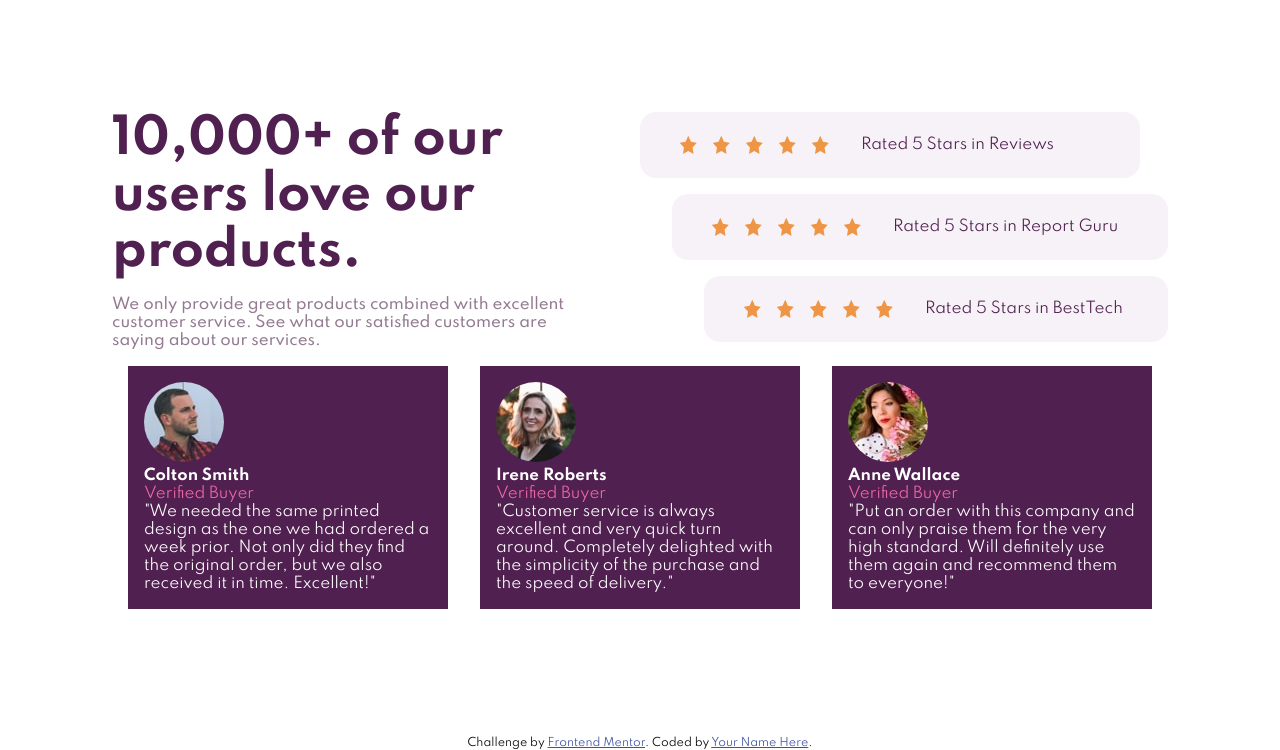
Repository: Pedrohamoura-Git/Frontend-Mentor-Challenges
Page: Newbie/social-proof-section-master/index.html
These files come from the project's save history. The page is drawn as it stood at one moment and after the next save; the edit follows.
The browser window is 1280 px wide. The pictures show the whole page.

Above is the page before, as saved 2021-05-30 12:31:04.

### Newbie/social-proof-section-master/index.html
<!DOCTYPE html>
<html lang="en">
  <head>
    <meta charset="UTF-8" />
    <meta name="viewport" content="width=device-width, initial-scale=1.0" />
    <!-- displays site properly based on user's device -->

    <link
      rel="icon"
      type="image/png"
      sizes="32x32"
      href="./images/favicon-32x32.png"
    />

    <link rel="stylesheet" href="css/style.css">

    <title>Frontend Mentor | Social proof section</title>

    <!-- Feel free to remove these styles or customise in your own stylesheet 👍 -->
    <style>
      .attribution {
        font-size: 11px;
        text-align: center;
      }
      .attribution a {
        color: hsl(228, 45%, 44%);
      }
    </style>
  </head>

  <body>
    <div id="wrapper">
      <!-- Start header -->
      <header>
        <div id="title">
          <h1>10,000+ of our users love our products.</h1>

          <p>We only provide great products combined with excellent customer service. See what our satisfied customers are saying about our services.</p>
        </div>

        <!-- Start ratings -->
        <aside id="ratings">

          <!-- Start section-a -->
          <div id="section-a">
            <img src="images/icon-star.svg" alt="Rating-a">
            <img src="images/icon-star.svg" alt="Rating-a">
            <img src="images/icon-star.svg" alt="Rating-a">
            <img src="images/icon-star.svg" alt="Rating-a">
            <img src="images/icon-star.svg" alt="Rating-a">
            <p>Rated 5 Stars in Reviews</p>
          </div>
          <!-- /End section-a  -->

          <!-- Start section-b  -->
          <div id="section-b">
            <img src="images/icon-star.svg" alt="Rating-b">
            <img src="images/icon-star.svg" alt="Rating-b">
            <img src="images/icon-star.svg" alt="Rating-b">
            <img src="images/icon-star.svg" alt="Rating-b">
            <img src="images/icon-star.svg" alt="Rating-b">
            <p>Rated 5 Stars in Report Guru</p>
          </div>
          <!-- /End section-b  -->

          <!-- Start section-c  -->
            <div id="section-c">
              <img src="images/icon-star.svg" alt="Rating-c">
              <img src="images/icon-star.svg" alt="Rating-c">
              <img src="images/icon-star.svg" alt="Rating-c">
              <img src="images/icon-star.svg" alt="Rating-c">
              <img src="images/icon-star.svg" alt="Rating-c">
              <p>Rated 5 Stars in BestTech</p>
            </div>
          <!-- /End section-c  -->
          </aside>

      </header>
      <!-- End header -->

      <!-- Start reviews  -->
      <div id="reviews">

        <!-- Start section-d  -->
        <div id="section-d">
          <img src="images/image-colton.jpg" alt="Colton's picture">
          <h4 class="name">Colton Smith</h4>
          <p class="verified">Verified Buyer</h4>
          <p>
            "We needed the same printed design as the one we had ordered a week prior.
            Not only did they find the original order, but we also received it in time.
            Excellent!"
          </p>
        </div>
        <!-- /End section-d -->

        <!-- Start section-e  -->
        <div id="section-e">
          <img src="images/image-irene.jpg" alt="Irene's picture">
          <h4 class="name">Irene Roberts </h4>
          <p class="verified">Verified Buyer</h4>
          <p>
            "Customer service is always excellent and very quick turn around. Completely
            delighted with the simplicity of the purchase and the speed of delivery."
          </p>
        </div>
        <!-- /End section-e -->

        <!-- Start section-f -->
        <div id="section-f">
          <img src="images/image-anne.jpg" alt="Anne's picture">
          <h4 class="name">Anne Wallace</h4>
          <p class="verified">Verified Buyer</h4>
          <p class="commentary">
            "Put an order with this company and can only praise them for the very high
            standard. Will definitely use them again and recommend them to everyone!"
          </p>
        </div>
      </div>
      <!-- /End section-f  -->

    </div>
    <!-- End Reviews  -->

    <div class="attribution">
      Challenge by
      <a href="https://www.frontendmentor.io?ref=challenge" target="_blank"
        >Frontend Mentor</a
      >. Coded by <a href="#">Your Name Here</a>.
    </div>
  </body>
</html>

### Newbie/social-proof-section-master/css/style.css
/*
** Core Formatting
*/
    @import url('https://fonts.googleapis.com/css2?family=Spartan:wght@400;500;700&display=swap');

    * {
        box-sizing: border-box;
        margin: 0;
        padding: 0;
    }

    body {
        font-family: Spartan;
        font-size: 15px;

        /* font-weight:  700; */
    }


/*
** Common Formatting
*/

    #wrapper {
        padding: 7rem;

    }

    header h1 {
        color: hsl(300, 43%, 22%);
    }

    header p {
        color: hsl(303, 10%, 53%);
    }


    #ratings #section-a, #section-b, #section-c {
        background-color: hsl(300, 24%, 96%);
        /* text-align: center; */
    }

    #ratings p {
        color: hsl(300, 43%, 22%);
    }


    #reviews #section-d, #section-e, #section-f {
        background-color: hsl(300, 43%, 22%);
        color: white;
    }

    #reviews img {
        border-radius: 5rem;
    }

    #reviews p.verified {
        color:hsl(333, 80%, 67%);
    }


    /*
    ** Header - Title
    */
        header {
            display: grid;
            grid-template-columns: repeat(2, 1fr);

            /* background-color: green; */
        }

        header #title {
            max-width: 480px;

            /* border: 1px solid green; */
        }

        header #title h1 {
            font-size: 3rem;
            margin-bottom: 1rem;
        }

        header #title p {
            font-weight: 500;
        }

        /*
        ** Header - Ratings
        */
            #ratings {
                /* border: 1px solid red; */
            }

            #section-a, #section-b, #section-c {
                border-radius: 1rem;
                max-width: 500px;
                padding: 1.5rem;

                /* background-color: red; */
            }

            #section-a, #section-b, #section-c  {
                display: flex;
                flex-wrap: wrap;

            }

            #section-a img, #section-b img, #section-c img {
                margin-left: 1rem;
            }

            #section-a p, #section-b p, #section-c p {
                margin-left: 2rem;
                margin-bottom: 0rem;
            }

            /*
            ** Header - Ratings - Section-b
            */
                #section-b {
                    margin-left: 2rem;
                    margin-top: 1rem;
                }


            /*
            ** Header - Ratings - Section-c
            */
                #section-c {
                    margin-left: 4rem;
                    margin-top: 1rem;
                }

    /*
    ** Reviews
    */
        #reviews {
            display: grid;
            grid-template-columns: repeat(3, 1fr);
            /* column-gap: 1rem; */
        }

        #section-d, #section-e, #section-f {
            margin: 1rem;
            padding: 1rem;

        }

After the next save:
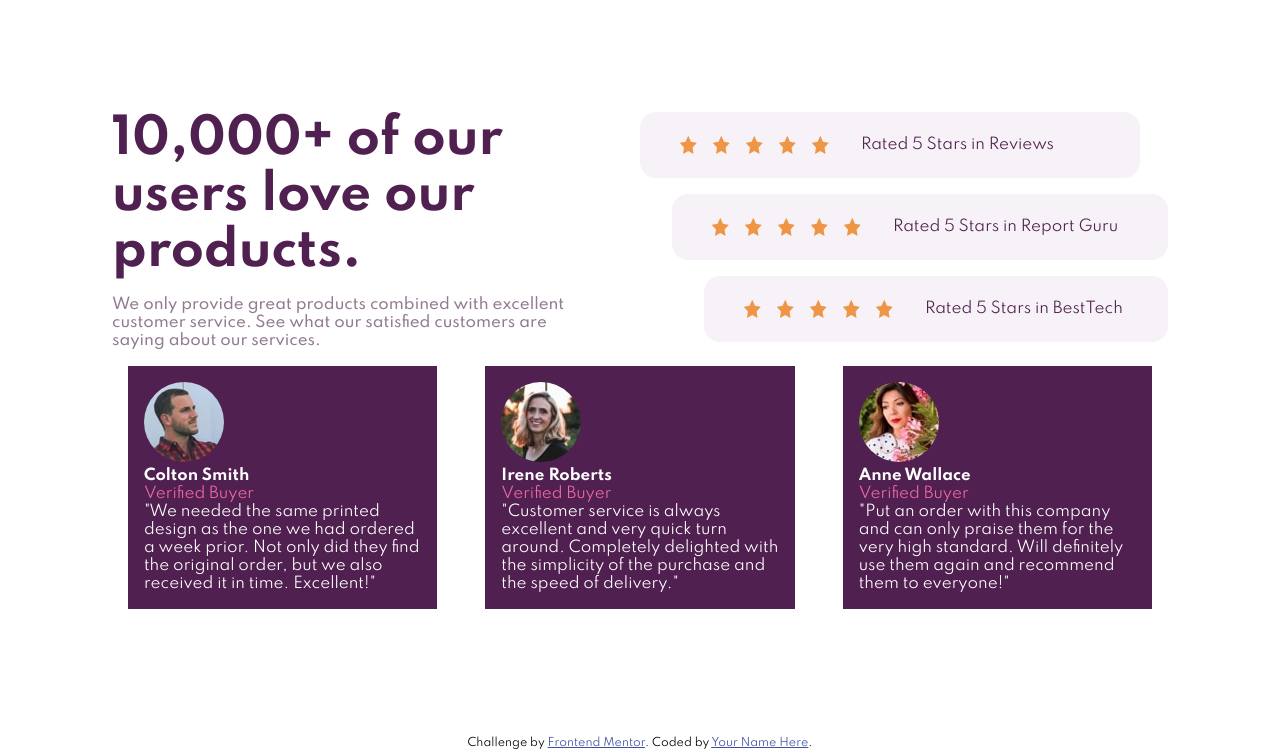
Saved 22 s later.
--- a/Newbie/social-proof-section-master/css/style.css
+++ b/Newbie/social-proof-section-master/css/style.css
@@ -137,7 +137,7 @@
         #reviews {
             display: grid;
             grid-template-columns: repeat(3, 1fr);
-            /* column-gap: 1rem; */
+            column-gap: 1rem;
         }
 
         #section-d, #section-e, #section-f {
